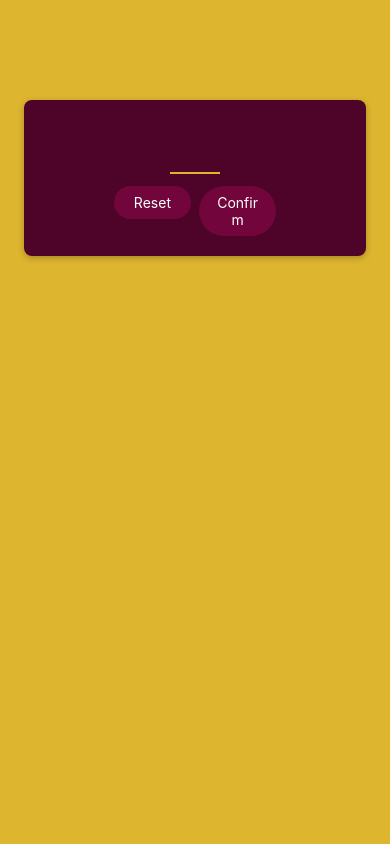
Repository: GarlicButterBoy/Number-Guessing-Game
Screen: /
The author's editor kept a copy of each file at every save. The screen is drawn from the files as they stood at one save, then again after a run of saves.
The app was drawn by React Native's web renderer in a window 390 px wide. The project was rebuilt for these pictures with package versions that can differ from the ones it lists, and the page was loaded fresh each time.

Above is the screen before, as saved 2024-05-03 09:31:27.

After the next 3 saves:
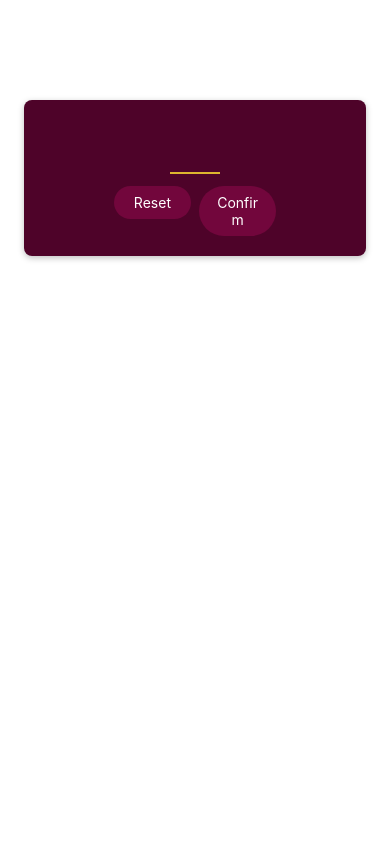
The 3 saves are shown as one change because they came seconds apart.
The last was saved 10 s later.
--- a/App.js
+++ b/App.js
@@ -4,7 +4,7 @@
 
 export default function App() {
   return (
-    <LinearGradient colors={[]} style={styles.rootScreen}>
+    <LinearGradient colors={["#ddb52f"]} style={styles.rootScreen}>
       <StartGameScreen />
     </LinearGradient>
   );
@@ -13,6 +13,5 @@
 const styles = StyleSheet.create({
   rootScreen: {
     flex: 1,
-    backgroundColor: "#ddb52f",
   },
 });

After the 2 saves that followed:
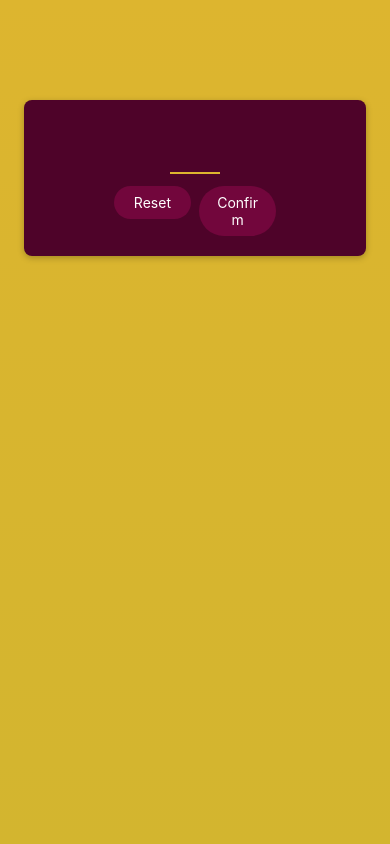
The 2 saves are shown as one change because they came seconds apart.
The last was saved 7 s later.
--- a/App.js
+++ b/App.js
@@ -4,7 +4,7 @@
 
 export default function App() {
   return (
-    <LinearGradient colors={["#ddb52f"]} style={styles.rootScreen}>
+    <LinearGradient colors={["#ddb52f", "#d3b52f"]} style={styles.rootScreen}>
       <StartGameScreen />
     </LinearGradient>
   );
